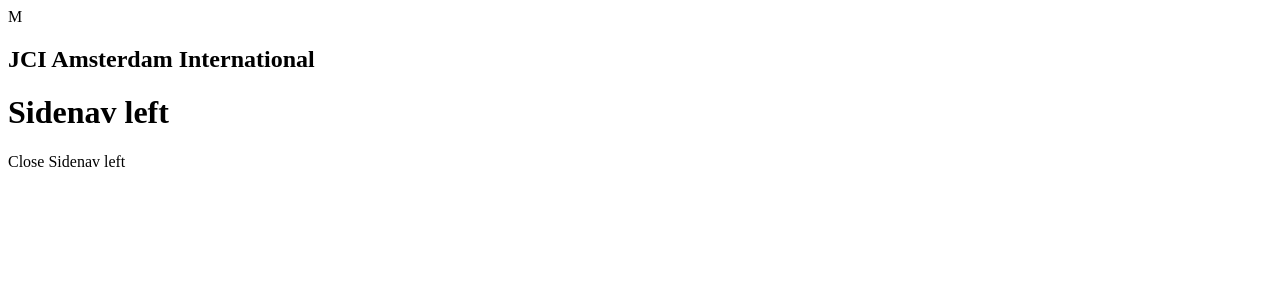
Repository: 0rangeSeaW0lf/jciai
Page: src/components/navbar/navbar.html
The author's editor kept a record of every edit. The page is drawn from the files as they stood at one moment, then again after the next edit.
The browser window is 1280 px wide. The pictures show the whole page.

Above is the page before.

### src/components/navbar/navbar.html
<md-toolbar layout="row" layout-align="center center" ng-controller="NavbarCtrl" class="navbar">
    <section flex layout="row" layout-align="left center">
        <md-button ng-click="toggleLeft()">M</md-button>
        <h2 class="md-toolbar-tools">
            <span>JCI Amsterdam International</span>
        </h2>
    </section>
</md-toolbar>
<md-sidenav class="md-sidenav-left md-whiteframe-z2" md-component-id="left">
    <md-toolbar class="md-theme-light">
        <h1 class="md-toolbar-tools">Sidenav left</h1>
    </md-toolbar>
    <md-content ng-controller="leftCtrl" class="md-padding">
        <md-button ng-click="close()" class="md-primary">
            Close Sidenav left
        </md-button>
    </md-content>
</md-sidenav>

After the next edit:
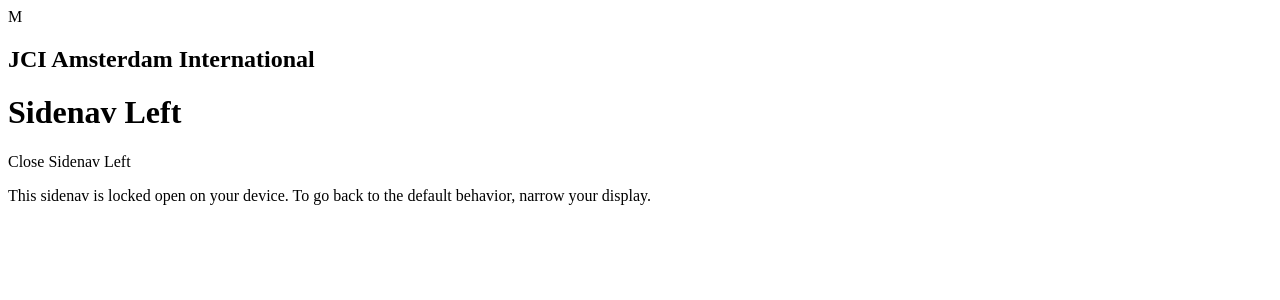
The edit:
--- a/src/components/navbar/navbar.html
+++ b/src/components/navbar/navbar.html
@@ -6,13 +6,17 @@
         </h2>
     </section>
 </md-toolbar>
-<md-sidenav class="md-sidenav-left md-whiteframe-z2" md-component-id="left">
-    <md-toolbar class="md-theme-light">
-        <h1 class="md-toolbar-tools">Sidenav left</h1>
+<md-sidenav class="md-sidenav-left md-whiteframe-z2" md-component-id="left" md-is-locked-open="$media('gt-md')">
+    <md-toolbar class="md-theme-indigo">
+        <h1 class="md-toolbar-tools">Sidenav Left</h1>
     </md-toolbar>
-    <md-content ng-controller="leftCtrl" class="md-padding">
-        <md-button ng-click="close()" class="md-primary">
-            Close Sidenav left
-        </md-button>
+    <md-content class="md-padding" ng-controller="LeftCtrl">
+    <md-button ng-click="close()" class="md-primary" hide-gt-md>
+    Close Sidenav Left
+    </md-button>
+    <p hide-md show-gt-md>
+    This sidenav is locked open on your device. To go back to the default behavior,
+    narrow your display.
+    </p>
     </md-content>
 </md-sidenav>
